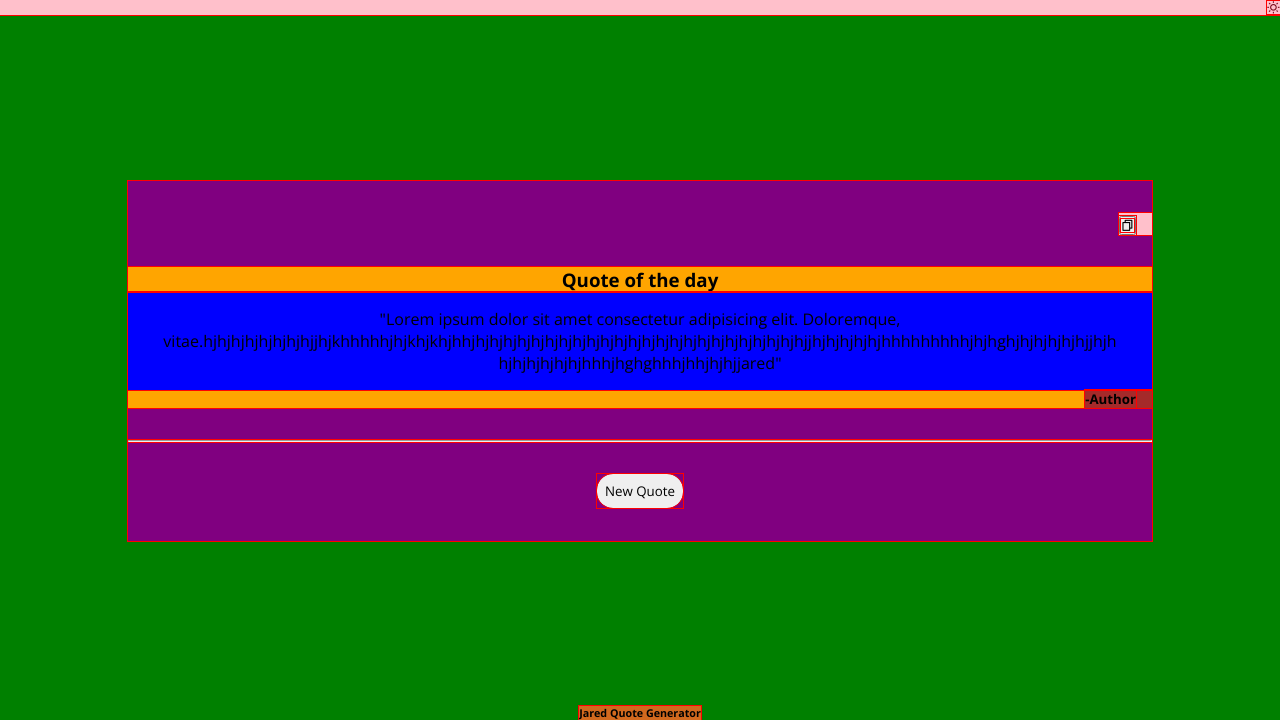
Repository: EguJaredoBoyd/Jared-Quote-Generator
Page: html/main.html
The author's editor kept a copy of each file at every save. The page is drawn from the files as they stood at one save, then again after the next save.
The browser window is 1280 px wide. The pictures show the whole page.
Some web libraries are served in a nearby version.

Above is the page before, as saved 2026-01-09 01:53:04.

After the next save:
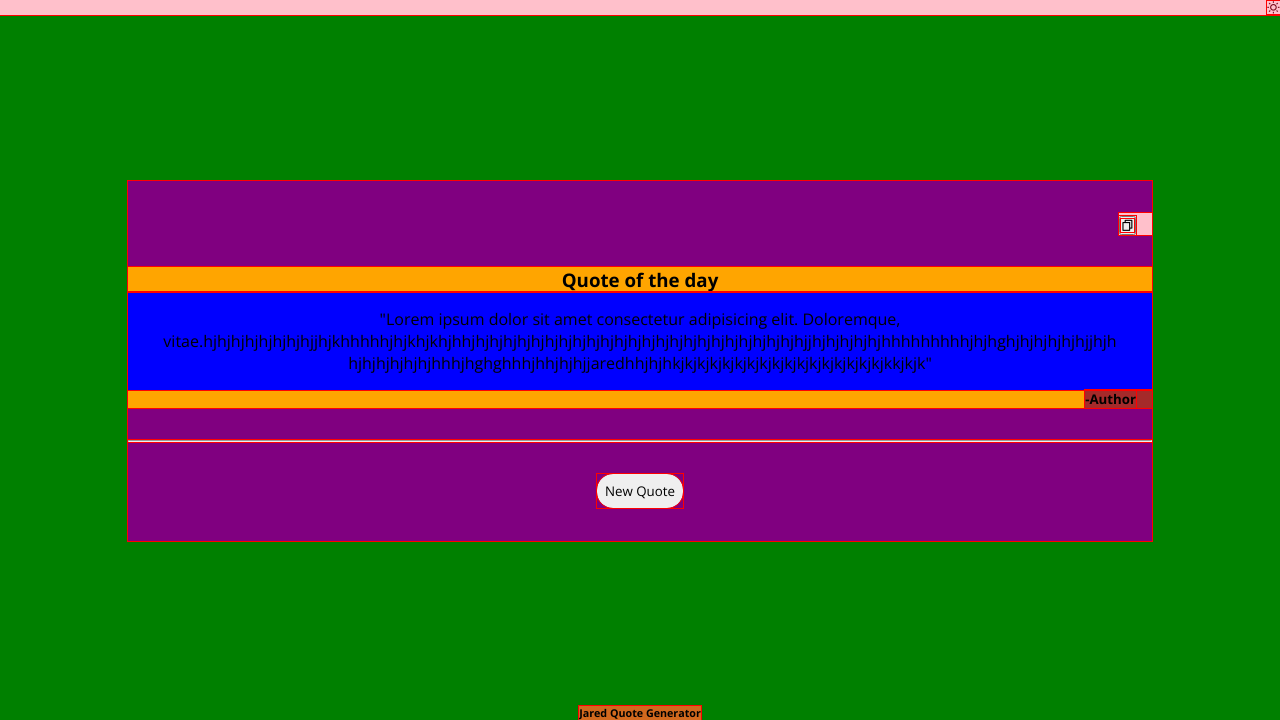
Saved 14 s later.
--- a/html/main.html
+++ b/html/main.html
@@ -32,7 +32,7 @@
             <p>
               "Lorem ipsum dolor sit amet consectetur adipisicing elit.
               Doloremque,
-              vitae.hjhjhjhjhjhjhjhjjhjkhhhhhjhjkhjkhjhhjhjhjhjhjhjhjhjhjhjhjhjhjhjhjhjhjhjhjhjhjhjhjhjhjjhjhjhjhjhjhhhhhhhhhjhjhghjhjhjhjhjhjjhjhhjhjhjhjhjhjhhhjhghghhhjhhjhjhjjared"
+              vitae.hjhjhjhjhjhjhjhjjhjkhhhhhjhjkhjkhjhhjhjhjhjhjhjhjhjhjhjhjhjhjhjhjhjhjhjhjhjhjhjhjhjhjjhjhjhjhjhjhhhhhhhhhjhjhghjhjhjhjhjhjjhjhhjhjhjhjhjhjhhhjhghghhhjhhjhjhjjaredhhjhjhkjkjkjkjkjkjkjkjkjkjkjkjkjkjkjkjkjkkjkjk"
             </p>
             <div class="quote-container__author">
               <h5>-Author</h5>
